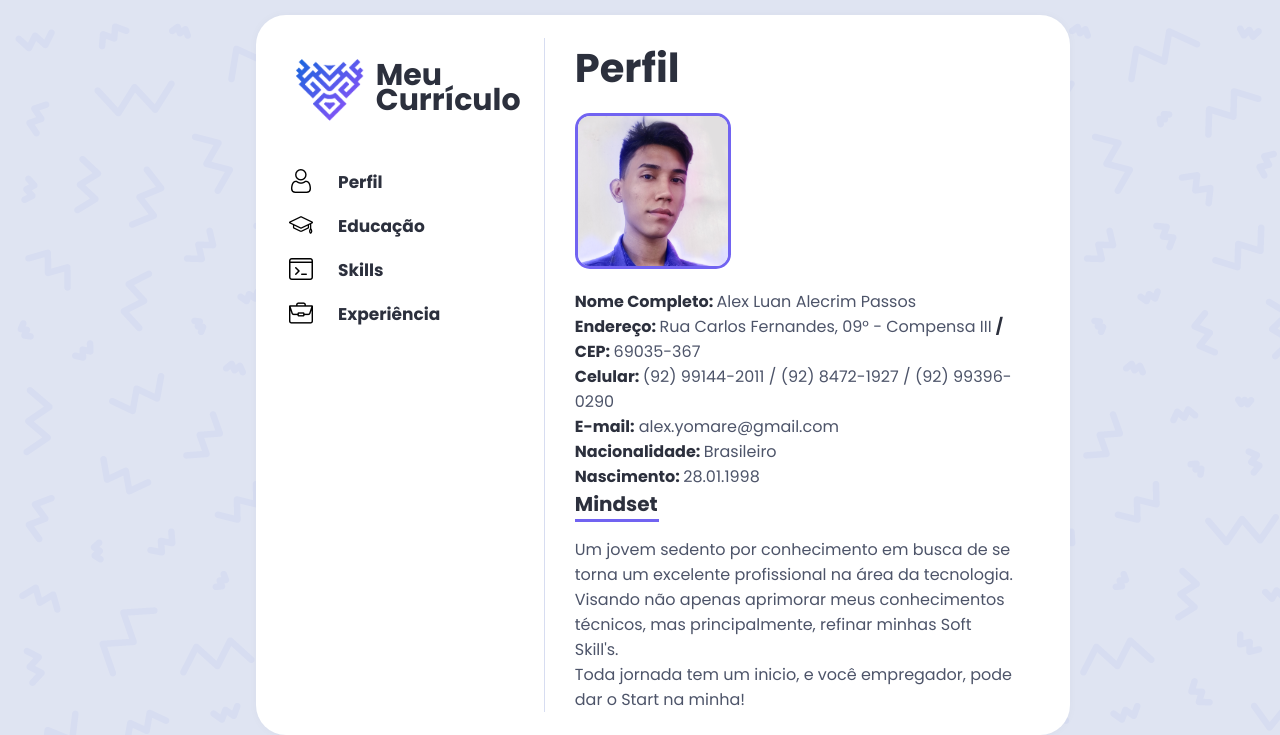
Repository: 4lex-passos/MeuPrimeiroSite
Page: index.html
These files come from the project's save history. The page is drawn as it stood at one moment and after the next save; the edit follows.
The browser window is 1280 px wide. The pictures show the whole page.

Above is the page before, as saved 2020-10-02 01:59:00.

### index.html
<!DOCTYPE html>

<html>
  <head lang="pt-br">
    <meta charset="UTF-8">
    <meta name="viewport" content="width=device-width, initial-scale=1.0">
    <link rel="stylesheet" href="css/style.css">
    <link rel="shortcut icon" type="image/png" href="imagens/Owl.png">
    <title>Meu Currículo</title>
  </head>

  <body>
    <div class="conteiner">
      <div class="box">

        <aside class="naveg">
          <header class="logo">
            <img src="imagens/Owl.png"
                 alt="Foto de perfil">
            <h1>Meu<br>Currículo</h1>
          </header>
          <main>
            <nav>
              <ul>
                <li>
                  <img src="imagens/perfil-icon.png">
                  <a href="index.html" class="icon">Perfil</a>
                </li>
                <li>
                  <img src="imagens/education-icon.png">
                  <a href="educacao.html" class="icon">Educação</a>
                </li>
                <li>
                  <img src="imagens/skills-icon.png">
                  <a href="skills.html" class="icon">Skills</a>
                </li>
                <li>
                  <img src="imagens/experiencia-icon.png">
                  <a href="experiencia.html" class="icon">Experiência</a>
                </li>
              </ul>
            </nav>
          </main>
        </aside>

        <aside class="feed">
          <main>
            <h1>Perfil</h1>
            <div class="painel">
              <img  src="imagens/perfil.png"
                    id="myImg"
                    onclick="myFunction()"
                    onmouseout="myFunction2()">
              <div class="info-box">
                <h2>Nome Completo: <span class="info">Alex Luan Alecrim Passos</span></h2>
                <h2>Endereço: <span class="info">Rua Carlos Fernandes, 09° - Compensa III </span>/ CEP: <span class="info">69035-367</span></h2>
                <h2>Celular: <span class="info">(92) 99144-2011 / (92) 8472-1927 / (92) 99396-0290</span></h2>
                <h2>E-mail:<span class="info"> alex.yomare@gmail.com</span></h2>
                <h2>Nacionalidade: <span class="info">Brasileiro</span></h2>
                <h2>Nascimento: <span class="info">28.01.1998</span></h2>
              </div>
            </div>
            <h3>Mindset</h3>
            <p>Um jovem sedento por conhecimento em busca de
              se torna um excelente profissional na área da tecnologia.
              Visando não apenas aprimorar meus conhecimentos técnicos, mas principalmente, refinar minhas Soft Skill's.<br>
              Toda jornada tem um inicio, e você empregador, pode dar o Start na minha! </p>
          </main>
        </aside>

      </div>
    </div>
    <script>
      function myFunction() {
        document.getElementById("myImg").style.height = "100%";
        document.getElementById("myImg").style.width = "100%";
      }
      function myFunction2() {
        document.getElementById("myImg").style.height = "150px";
        document.getElementById("myImg").style.width = "150px";
      }
      </script>
  </body>
</html>

### css/style.css
@import url('https://fonts.googleapis.com/css2?family=Poppins:wght@400;700;900&display=swap');

/*============================
| GERAL*/
html{
  font-size: 62.5%;
  color: #232325;
  font-family: 'Poppins', sans-serif;
}
body{

  background: url("../imagens/pattern2.png");
  box-sizing: border-box;
  font-size: 1.6rem;
  margin: 0;
  padding:0;
  width: 100%;
  height: 100%;
}

/*============================
| ESTILO DA PAGINA TOTAL*/
.conteiner{
  width: 100vw;
  height: 100vh;

  display: grid;
  grid-template-columns: 1fr 1fr 1fr;
  grid-template-rows: 1fr 1fr 1fr;
  grid-template-areas:". . ."
                      ". b ."
                      ". . .";
}
.box{
  display:flex;
  flex-flow: row wrap;
  grid-area: b;

  width: 60vw;
  background: #ffffff;
  border-radius: 30px;
  box-shadow: 0px 0px 10px rgba(0,0,0,.030);
  padding: 3%;
  margin-top: 15px;
}

/*============================
| CONTEINER DO MENU DE NAVEGAÇÃO*/
.naveg{
  display:flex;
  flex-flow: column;
  flex-grow: 1;
  flex-basis: 10vw;
  border-radius: 15px;
  padding: 10px 30px 10px 10px;
}
.naveg header.logo{
  display:flex;
  border-radius: 15px;
  align-items: top;
  padding: 0px;
}
.naveg header.logo img{
  margin-right: 3%;
  width: 80px;
  height: 80px;
}
.naveg header.logo h1{
  line-height: 25px;
  font-size: 3.0rem;
  color: #2c303d;
  margin-top: 1.5rem;
}
main nav ul{
  display: flex;
  flex-flow: column;
  padding:0px;
}
main nav ul li{
  display: flex;
  margin-top: 10px;
  padding: 5px 0px 5px 0px;
  list-style: none;
}
main nav ul li a{
  font-size: 1.7rem;
  text-decoration: none;
  font-weight: bolder;
  width: 100%;
  color: #2c303d;
  margin-left: 2.5rem;
}
main nav ul li a:active{
 color: red;
}
main nav ul li a:hover{
  background: -webkit-linear-gradient(top left, #2065DF, #A28AF8);
  background: -moz-linear-gradient(top left, #2065DF, #A28AF8);
  background: linear-gradient(to bottom right, #2065DF, #A28AF8);
  -webkit-background-clip: text;
  -webkit-text-fill-color: transparent;
  font-size: 1.9rem;
  transition-duration: .1s;
}
main nav ul li .icon{
  height: 24px;
}

/*============================
| CONTEINER DO CONTEÚDO*/
.feed{
  margin: 0px;
  display: flex;
  width: 40%;
  padding: 0 30px 0 30px;
  flex-grow: 7;
  border-left: 1px solid #d7ddf1;
}
main{
  width: 100%;
}
.feed main h1{
  margin: 0 0 15px 0;
  font-size: 4.0rem;
  color: #2c303d;
}
p{
  color: #4d5469;
  margin: 0;
}
h6{
  font-size: 2.0rem;
  border-left: 5px solid #7163f1;
  padding-left: 10px;
  margin-bottom: 5px;
}
/*============================
| PERFIL*/
.feed main .painel{
  display: flex;
  flex-flow: row wrap;
  border-radius: 1.5rem;
}

.feed main img{
  width: 15.0rem;
  height: 15.0rem;
  border-radius: 1.5rem;
  margin: 0 2.0rem 2.0rem 0;
}.feed main img#myImg{
  transition-duration:.5s;
  border: 3px solid #7163f1;
}
.feed main h2{
  color:#2c303d;
  font-size: 1.6rem;
  line-height: 2.5rem;
  margin: 0px;
}
.feed main h3{
  margin: 0 0 15px 0;
  width: 8.4rem;
  color:#2c303d;
  font-size: 2.0rem;
  border-bottom: 3px solid #7163f1;
}
.feed main span.info{
  color: #4d5469;
  font-weight: normal;
}

/*============================
| EDUCAÇÃO: ENSINO MÉDIO*/
.feed main .cards{
  width: 100%;
  display: flex;
  flex-flow: wrap row;
  justify-content: space-between;
}
div.en-medio .over{
  display: flex;
  justify-content: center;
  align-items: center;
  position: absolute;
  width: 100%;
  height: 100%;
  background: #ffffff;
  border-radius: 1.5rem;
  transition-duration: .3s;
}
div.en-medio .over:hover{
  opacity: 0%;
  transition-duration: .2s;
}
.feed main .en-medio{
  position: relative;
  display: flex;
  flex-flow: wrap column;
  justify-content: center;
  align-items: center;
  color:#ffffff;
  border-radius: 1.5rem;
  width: 39.0rem;
  height: 400px;
  margin-bottom: 20px;
}

div.en-medio h1{
  line-height: 5.0rem;
  color:rgba(0,0,0,.4);
  background: -webkit-linear-gradient(top left, #2065DF, #A28AF8);
  background: -moz-linear-gradient(top left, #2065DF, #A28AF8);
  background: linear-gradient(to bottom right, #2065DF, #A28AF8);
  -webkit-background-clip: text;
  -webkit-text-fill-color: transparent;
  font-size: 4.5rem;
  text-align: center;
  padding: 10px 0 10px 0;
}
div.en-medio h2{
  margin: 10px 0 10px 0;
  color: #8cbd18;
  font-size: 4.0rem;
  text-align: center;
}
div.en-medio p{
  width: 80%;
  color: #2c303d;
  font-size: 1.5rem;
  text-align: center;
  margin: 0px;
}
div.en-medio h4{
  margin: 0%;
  width: 80%;
  color: #2c303d;
  font-size: 3.5rem;
  text-align: center;
}
div.en-medio h5{
  margin: 0%;
  width: 80%;
  color: #ffffff;
  font-size: 6.5rem;
  text-align: center;
}
/*============================
| EDUCAÇÃO: ENSINO SUPERIOR*/
div.en-superior .over{
  display: flex;
  justify-content: center;
  align-items: center;
  position: absolute;
  width: 100%;
  height: 100%;
background: #ffffff;
  border-radius: 1.5rem;
  transition-duration: .3s;
}
div.en-superior .over:hover{
  opacity: 0%;
  transition-duration: .2s;
}
.feed main .en-superior{
  position: relative;
  display: flex;
  flex-flow: wrap column;
  justify-content: center;
  align-items: center;
  color:#ffffff;
  border-radius: 1.5rem;
  width: 39.0rem;
  height: 400px;
}

div.en-superior h1{
  line-height: 5.0rem;
  color:rgba(0,0,0,.4);
  background: -webkit-linear-gradient(top left, #2065DF, #A28AF8);
  background: -moz-linear-gradient(top left, #2065DF, #A28AF8);
  background: linear-gradient(to bottom right, #2065DF, #A28AF8);
  -webkit-background-clip: text;
  -webkit-text-fill-color: transparent;
  font-size: 4.5rem;
  text-align: center;
  padding: 10px 0 10px 0;
}
div.en-superior h2{
  margin: 10px 0 10px 0;
  color: #f1a71e;
  font-size: 4.0rem;
  text-align: center;
}
div.en-superior p{
  width: 80%;
  color: #2c303d;
  font-size: 1.5rem;
  text-align: center;
  margin: 0px;
}
div.en-superior h4{
  margin: 0%;
  width: 80%;
  color: #2c303d;
  font-size: 2.5rem;
  text-align: center;
}
div.en-superior h5{
  margin: 0%;
  width: 80%;
  color: #ffffff;
  font-size: 6.5rem;
  text-align: center;
}

@media (max-width: 630px) {
 .conteiner .box{
  width: 95%;
  }
}

After the next save:
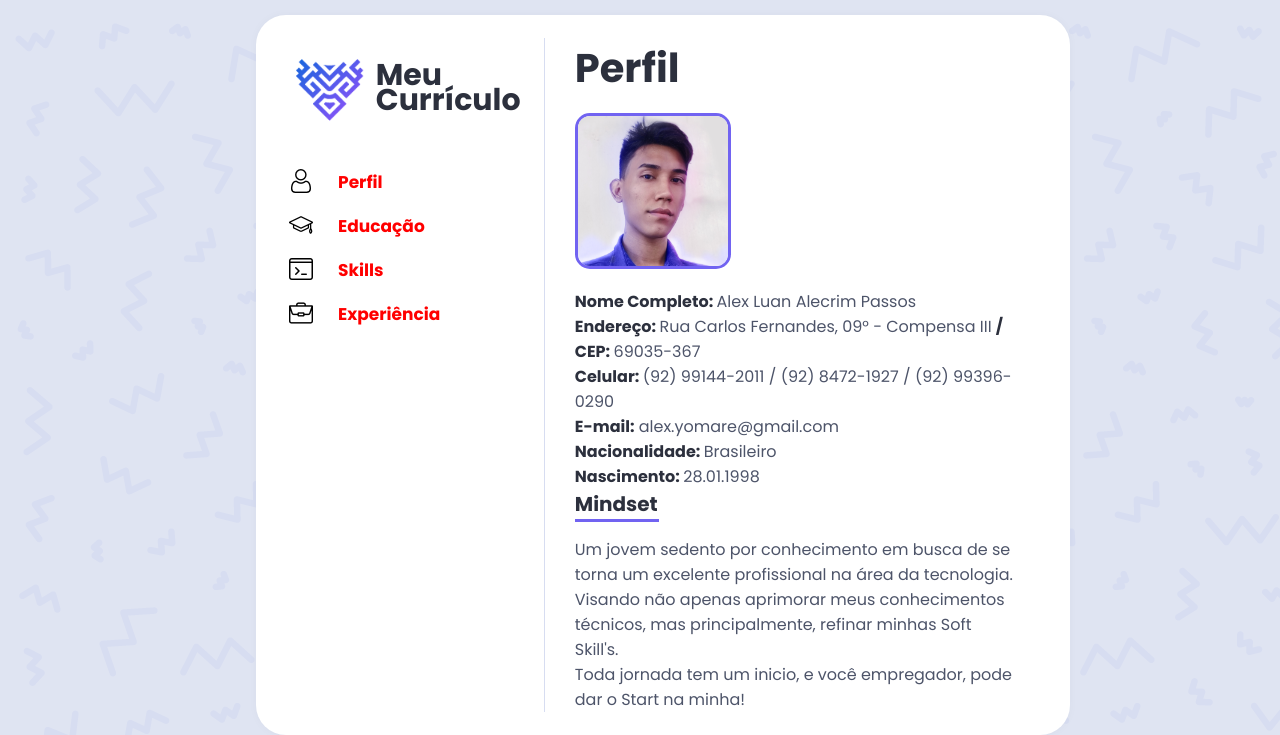
Saved 22 s later.
--- a/css/style.css
+++ b/css/style.css
@@ -90,7 +90,7 @@
   color: #2c303d;
   margin-left: 2.5rem;
 }
-main nav ul li a:active{
+main nav ul li a:link{
  color: red;
 }
 main nav ul li a:hover{

After the save that followed:
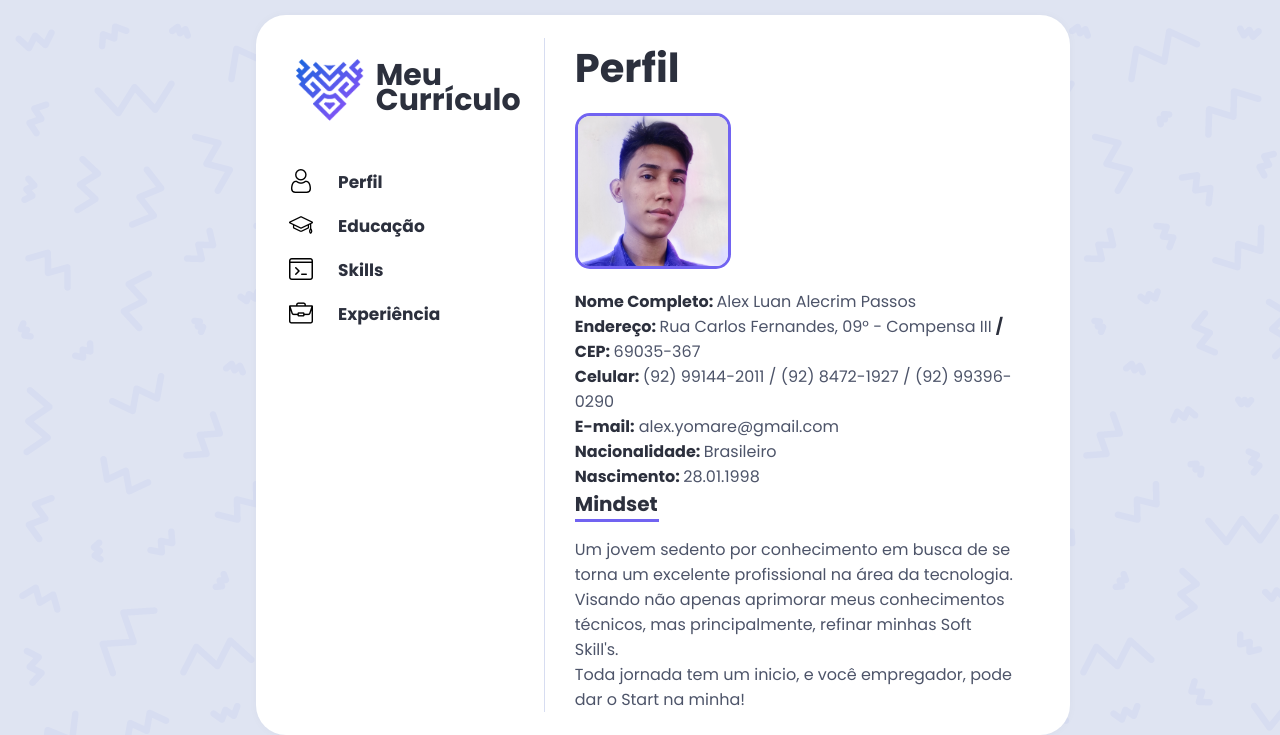
Saved 2 min 52 s later.
--- a/css/style.css
+++ b/css/style.css
@@ -90,7 +90,7 @@
   color: #2c303d;
   margin-left: 2.5rem;
 }
-main nav ul li a:link{
+main nav ul li a:active{
  color: red;
 }
 main nav ul li a:hover{
@@ -102,6 +102,9 @@
   font-size: 1.9rem;
   transition-duration: .1s;
 }
+main nav ul li a:visited{
+  color: #2c303d;
+ }
 main nav ul li .icon{
   height: 24px;
 }
